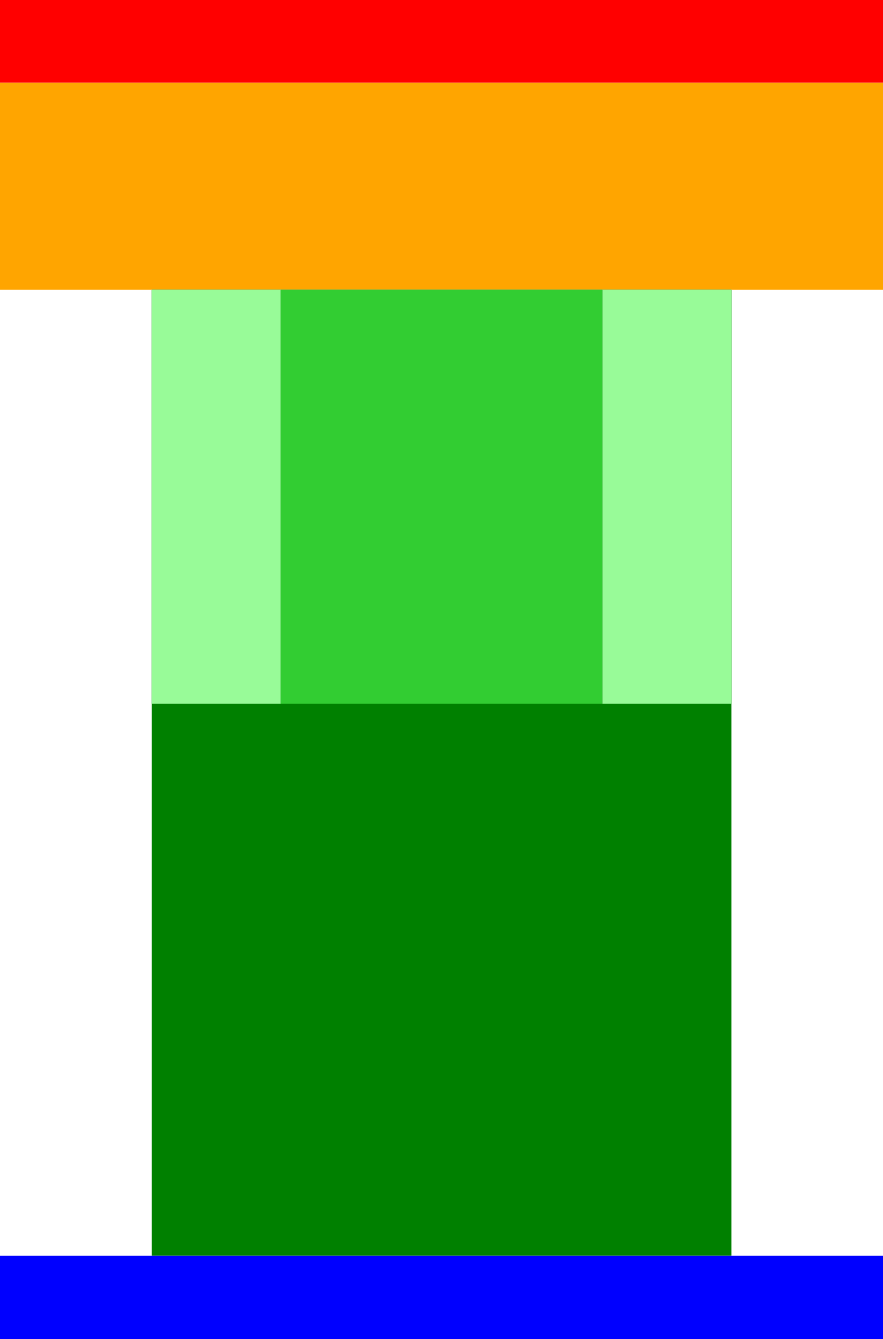
Repository: 39506KK/ALL
Page: caravan/chapter4.html
The author's editor kept a record of every edit. The page is drawn from the files as they stood at one moment, then again after the next edit.
The browser window is 1280 px wide. The pictures show the whole page, at 69% of full size.

Above is the page before.

### caravan/chapter4.html
<!DOCTYPE html>
<html lang="ja">

  <head>

    <meta charset="UTF-8" />
    <!-- CSSファイルの読み込み -->
    <link rel="stylesheet" href="chapter4.css" />
    <title> 4章演習問題</title>

  </head>

  <body>
    <!-- header用のdiv -->
    <div class="header">
    </div>

    <!-- main-visual用のdiv -->
    <div class="main-visual">
    </div>

    <!-- main用のdiv -->
    <div class="main">
      <div class="sidebar"></div>
      <div class="blog"></div>
      <div class="sidebar"></div>
    </div>

    <!-- footer用のdiv -->
    <div class="footer"></div>

  </body>





</html>

### caravan/chapter4.css
/* ブラウザがそれぞれ持っているCSSをリセットするための記述 */
* {
  margin: 0;
  padding: 0;
  box-sizing: border-box;
}

.header {
  width: 100%; /* 横幅いっぱい */
  height: 120px; /* 高さ120px */
  background-color: red; /* 背景色red */
}

.header-top {
  width: 100%; /* 横幅いっぱい */
  height: 70px; /* 高さ70px */
  background-color: hotpink; /* 背景色hotpink */
}

.header-bottom {
  width: 100%; /* 横幅いっぱい　*/
  height: 50px; /* 高さ50px */
  background-color: pink; /* 背景色pink */
}

.main-visual {
  width: 100%; /* 横幅いっぱい */
  height: 300px; /* 高さ300px */
  background-color: orange; /* 背景色orange */
}

.main-visual-content {
  width: 350px; /* 横幅350px */
  height: 300px; /* 高さ300px */
  background-color: gold; /* 背景色gold */
}

.main {
  width: 840px; /* 横幅840px */
  height: 1400px; /* 高さ1400px(多めに設定) */
  background-color: green; /* 背景色green */
  display: flex; /* Flexboxの利用 */
  justify-content: center; /* 子要素の横並び・中央寄せ */
  margin: 0 auto; /* 中央寄せ(左右に余白がないとできない)　*/
}

.blog {
  width: 600px; /* 横幅600px */
  height: 600px; /* 高さ600px */
  background-color: limegreen; /* 背景色limegreen */
}

.sidebar {
  width: 240px; /* 横幅240px */
  height: 600px; /* 高さ600px */
  background-color: palegreen; /* 背景色palegreen */
}

.footer {
  width: 100%; /* 横幅いっぱい */
  height: 120px; /* 高さ120px */
  background-color: blue; /* 背景色blue */
}

After the next edit:
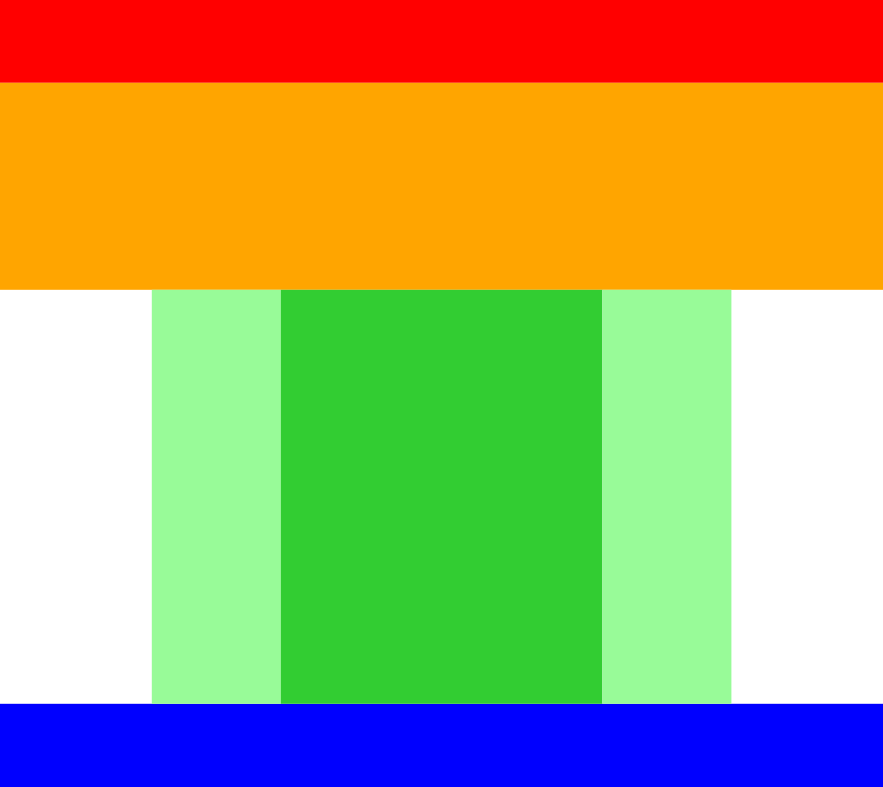
The edit:
--- a/caravan/chapter4.css
+++ b/caravan/chapter4.css
@@ -37,8 +37,8 @@
 
 .main {
   width: 840px; /* 横幅840px */
-  height: 1400px; /* 高さ1400px(多めに設定) */
-  background-color: green; /* 背景色green */
+  /* background-color, heightの指定を解除 */
+
   display: flex; /* Flexboxの利用 */
   justify-content: center; /* 子要素の横並び・中央寄せ */
   margin: 0 auto; /* 中央寄せ(左右に余白がないとできない)　*/
